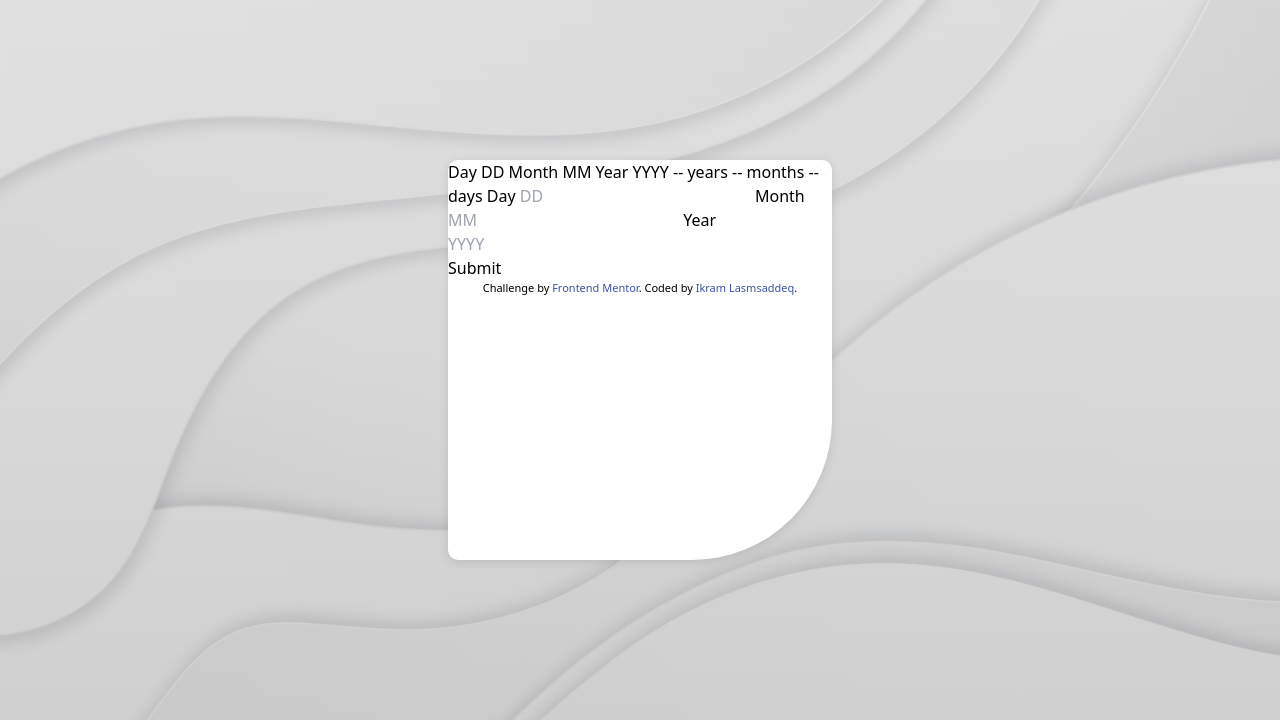
Repository: ikram-lisa/age-display
Page: /
An editor plug-in stored every save of this project. The page is shown before and after the next save, followed by the edit.
The browser window is 1280 px wide. The pictures show the whole page.
Some web libraries are served in a nearby version. The project was rebuilt for these pictures with package versions that can differ from the ones it lists, and the page was loaded fresh each time.

Above is the page before, as saved 2024-04-30 15:37:26.

### index.html
<!DOCTYPE html>
<html lang="en">
  <head>
    <meta charset="UTF-8" />
    <meta name="viewport" content="width=device-width, initial-scale=1.0" />
    <!-- displays site properly based on user's device -->
    <link href="https://cdn.tailwindcss.com" rel="stylesheet" />
    <link rel="stylesheet" href="./css/style.scss" />
    <link
      rel="icon"
      type="image/png"
      sizes="32x32"
      href="./assets/images/favicon-32x32.png"
    />

    <title>Frontend Mentor | Age calculator app</title>
    <style>
      .attribution {
        font-size: 11px;
        text-align: center;
      }
      .attribution a {
        color: hsl(228, 45%, 44%);
      }
    </style>
  </head>
  <!-- <script type="module" src="js/script.js"></script> -->
  <body>
    <section class="calculator bg-red-500">
      <form action="">
        Day DD Month MM Year YYYY -- years -- months -- days
        <label for="day">Day</label>
        <input id="day" type="number" placeholder="DD" />

        <label for="month">Month</label>
        <input id="month" type="number" placeholder="MM" />

        <label for="year">Year</label>
        <input id="year" type="number" placeholder="YYYY" />
      </form>

      <button id="submit">Submit</button>

      <div class="result">
        <p class="days"></p>
        <p class="month"></p>
        <p class="years"></p>
      </div>

      <div class="attribution">
        Challenge by
        <a href="https://www.frontendmentor.io?ref=challenge" target="_blank"
          >Frontend Mentor</a
        >. Coded by <a href="#">Ikram Lasmsaddeq</a>.
      </div>
    </section>
  </body>
</html>

### css/style.scss
@tailwind base;
@tailwind components;
@tailwind utilities;

* {
  margin: 0;
  padding: 0;
  box-sizing: border-box;
}
body {
  height: 100vh;
  background: linear-gradient(
      rgba(196, 196, 196, 0.5),
      rgba(161, 161, 161, 0.5)
    ),
    url("../images/background.jpg");
  background-size: cover;
  background-position: center;
}
.calculator {
  width: 30%;
  height: 400px;
  background-color: white;
  position: absolute;
  top: 50%;
  left: 50%;
  transform: translate(-50%, -50%);
  border-radius: 10px 10px 140px 10px;
  box-shadow: rgba(99, 99, 99, 0.2) 0px 2px 8px 0px;
}

Loaded but not shown: tailwind.config.js (1075 lines, source omitted)

After the next save:
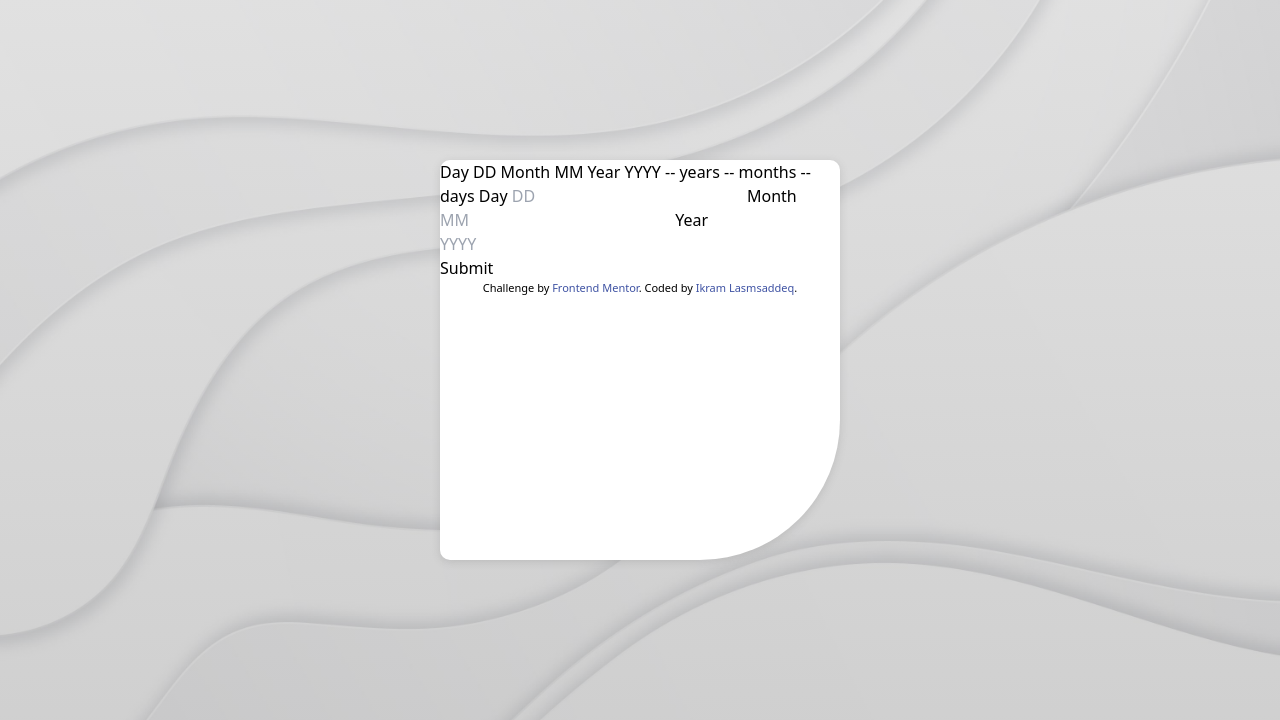
Saved 69 s later.
--- a/css/style.scss
+++ b/css/style.scss
@@ -19,6 +19,7 @@ body {
 }
 .calculator {
   width: 30%;
+  min-width: 400px;
   height: 400px;
   background-color: white;
   position: absolute;
